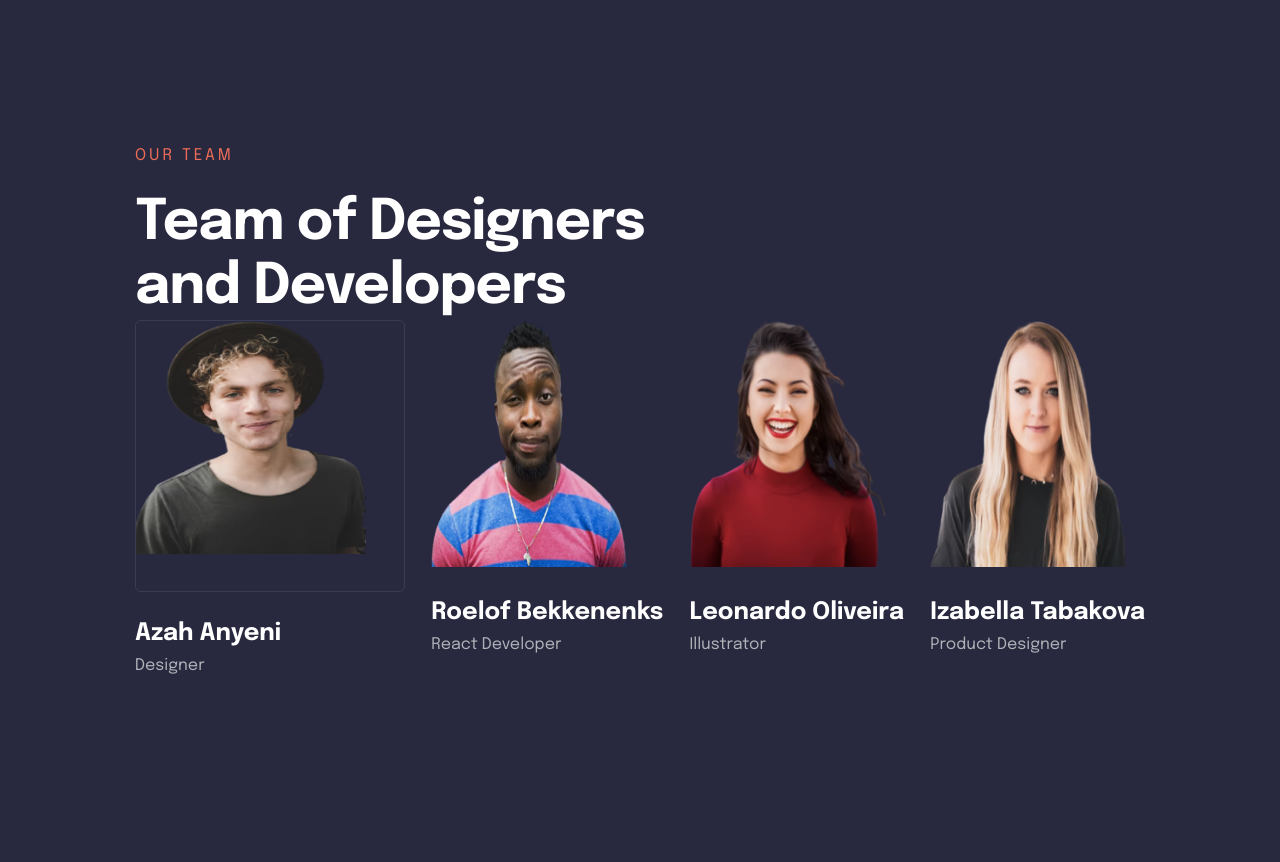
Repository: FaridRustamov09/task13
Page: index.html
The author's editor kept a copy of each file at every save. The page is drawn from the files as they stood at one save, then again after a run of saves.
The browser window is 1280 px wide. The pictures show the whole page.

Above is the page before, as saved 2023-11-27 19:03:01.

### index.html
<!DOCTYPE html>
<html lang="en">
  <head>
    <meta charset="UTF-8" />
    <meta name="viewport" content="width=device-width, initial-scale=1.0" />
    <title>Document</title>
    <link rel="stylesheet" href="index.css" />
  </head>
  <body>
    <div class="container">
      <div class="texts">
        <h2>Our Team</h2>
        <h1>Team of Designers and Developers</h1>
      </div>
      <div class="box-container">
        <div class="box">
          <div class="img-border">
            <img src="Bitmap.png" alt="image human" />
          </div>
          <h3>Azah Anyeni</h3>
          <p>Designer</p>
        </div>
        <div class="box">
          <img src="Bitmap (1).png" alt="image human" />
          <h3>Roelof Bekkenenks</h3>
          <p>React Developer</p>
        </div>
        <div class="box">
          <img src="Bitmap (2).png" alt="image human" />
          <h3>Leonardo Oliveira</h3>
          <p>Illustrator</p>
        </div>
        <div class="box">
          <img src="Bitmap (3).png" alt="image human" />
          <h3>Izabella Tabakova</h3>
          <p>Product Designer</p>
        </div>
      </div>
    </div>
  </body>
</html>

### index.css
@import url("https://fonts.googleapis.com/css2?family=Epilogue:ital,wght@0,400;0,700;1,800&family=Roboto+Slab:wght@700&display=swap");
* {
  margin: 0;
  padding: 0;
  box-sizing: border-box;
}
.container {
  padding: 140px 135px 180px 135px;
  min-height: 100vh;
  background-color: #28293e;
}
.container .texts h2 {
  margin-bottom: 20px;
  color: #ef6d58;
  font-family: Epilogue;
  font-size: 16px;
  font-style: normal;
  font-weight: 400;
  line-height: 32px;
  letter-spacing: 3px;
  text-transform: uppercase;
}
.container .texts h1 {
  width: 531px;
  height: 128px;
  color: #fff;
  font-family: Epilogue;
  font-size: 56px;
  font-style: normal;
  font-weight: 800;
  line-height: 64px;
  letter-spacing: -1px;
}
.box-container {
  display: flex;
  justify-content: space-between;
}
.box {
  /* margin-left: 30px; */
  /* padding: 24px 37px 1px 37px; */

}
.box .img-border{
  width: 270px;
height: 272px;
  border-radius: 6px;
  border: 1px solid #3a3c56;
}
img:first-child{
  width: 196px;
height: 247px;
}
img:nth-child(2){
  width: 259px;
height: 232px;
}
img:nth-child(3){
  width: 205px;
height: 238px;
}
img:last-child{
  width: 230px;
height: 233px;
}

.box-container .box h3 {
  padding-top: 26px;
  color: #fff;
  font-family: Epilogue;
  font-size: 24px;
  font-style: normal;
  font-weight: 700;
  line-height: 32px;
}
.box-container .box p {
  color: var(--Text_Light_Gray, rgba(255, 255, 255, 0.64));
  font-family: Epilogue;
  font-size: 16px;
  font-style: normal;
  font-weight: 400;
  line-height: 32px;
}

After the next 6 saves:
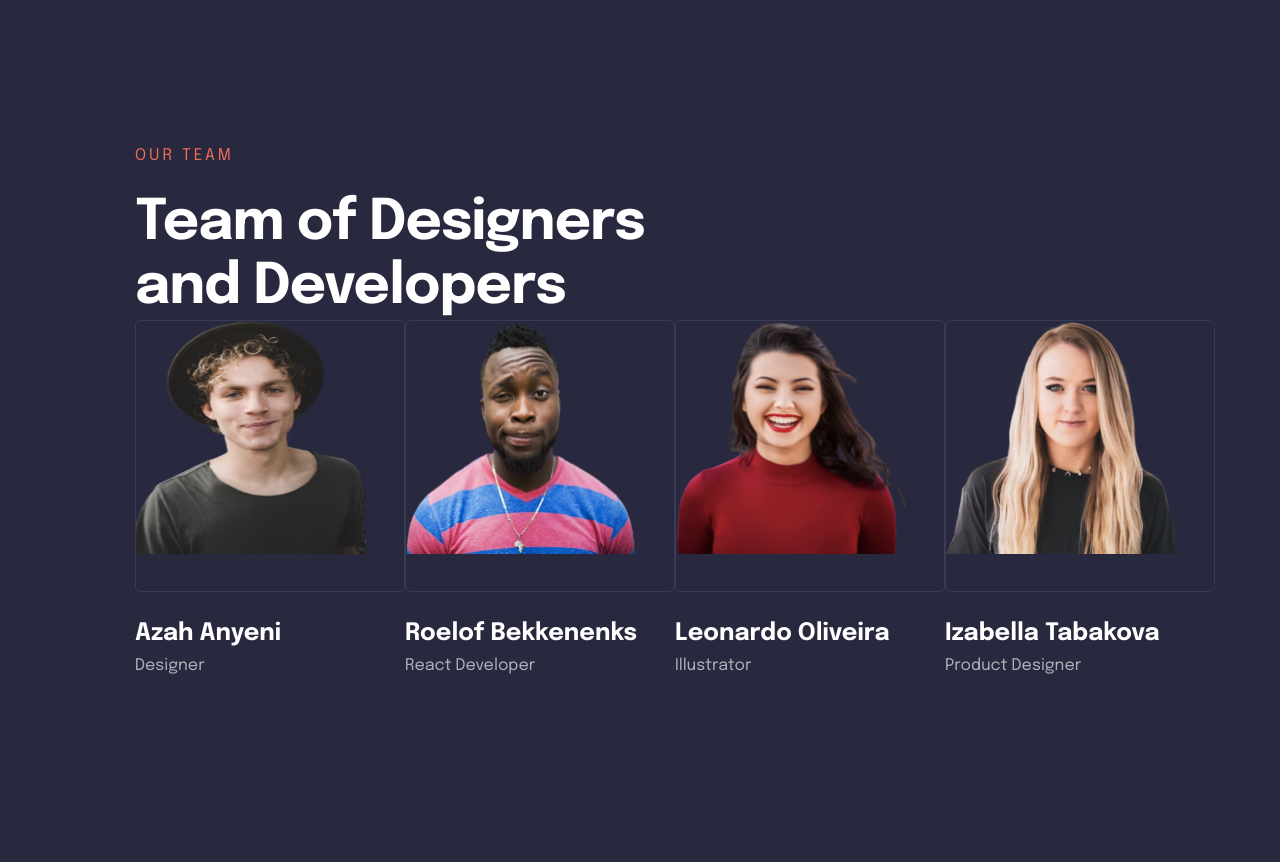
The 6 saves are shown as one change because they came seconds apart.
The last was saved 27 s later.
--- a/index.html
+++ b/index.html
@@ -21,17 +21,23 @@
           <p>Designer</p>
         </div>
         <div class="box">
+          <div class="img-border">
           <img src="Bitmap (1).png" alt="image human" />
+          </div>
           <h3>Roelof Bekkenenks</h3>
           <p>React Developer</p>
         </div>
         <div class="box">
+          <div class="img-border">
           <img src="Bitmap (2).png" alt="image human" />
+          </div>
           <h3>Leonardo Oliveira</h3>
           <p>Illustrator</p>
         </div>
         <div class="box">
+          <div class="img-border">
           <img src="Bitmap (3).png" alt="image human" />
+          </div>
           <h3>Izabella Tabakova</h3>
           <p>Product Designer</p>
         </div>
